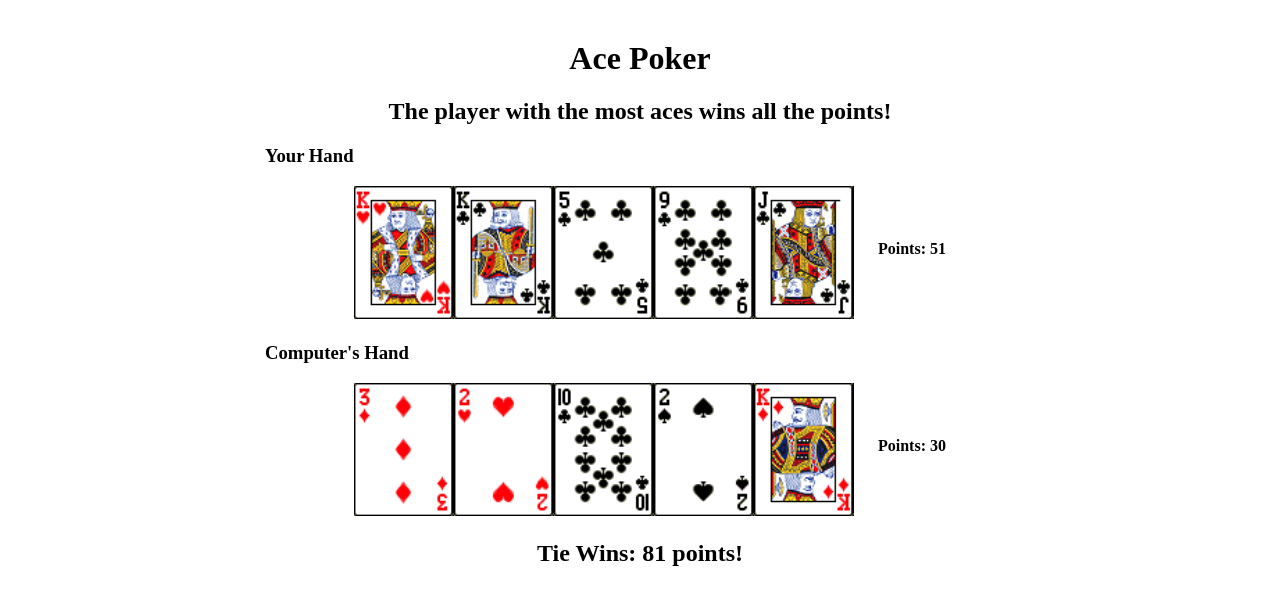
Repository: maliking/making
Page: http://localhost/labs/lab3/index.php
The author's editor kept a record of every edit. The page is drawn from the files as they stood at one moment, then again after the next edit.
The browser window is 1280 px wide. The pictures show the whole page.
The page is run by PHP 8.4 with error messages shown; the project is at /var/www/html/.

Above is the page before.

After the next edit:
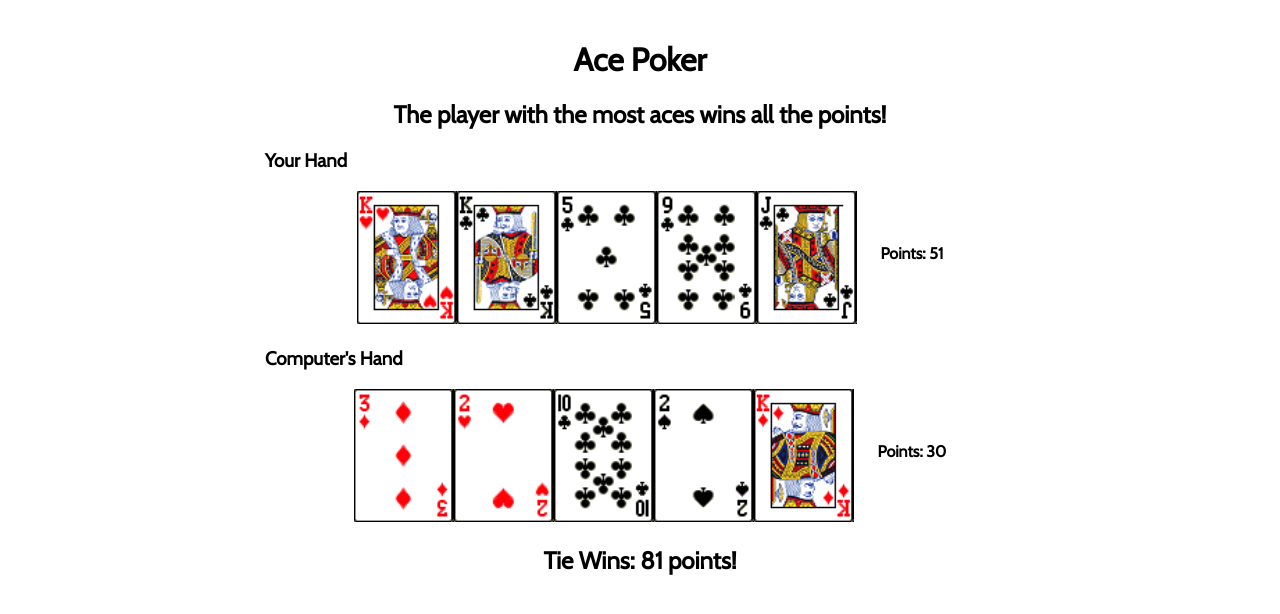
The edit:
--- a/labs/lab3/index.php
+++ b/labs/lab3/index.php
@@ -3,7 +3,11 @@
 <html>
     <head>
         <title>Ace Poker | Mali King</title>
+    <link href="https://fonts.googleapis.com/css?family=Cabin" rel="stylesheet">
     <style>
+        body {
+            font-family: 'Cabin', sans-serif;
+        }
         #main {
             width: 750px;
             margin: 40px auto 0px auto;
